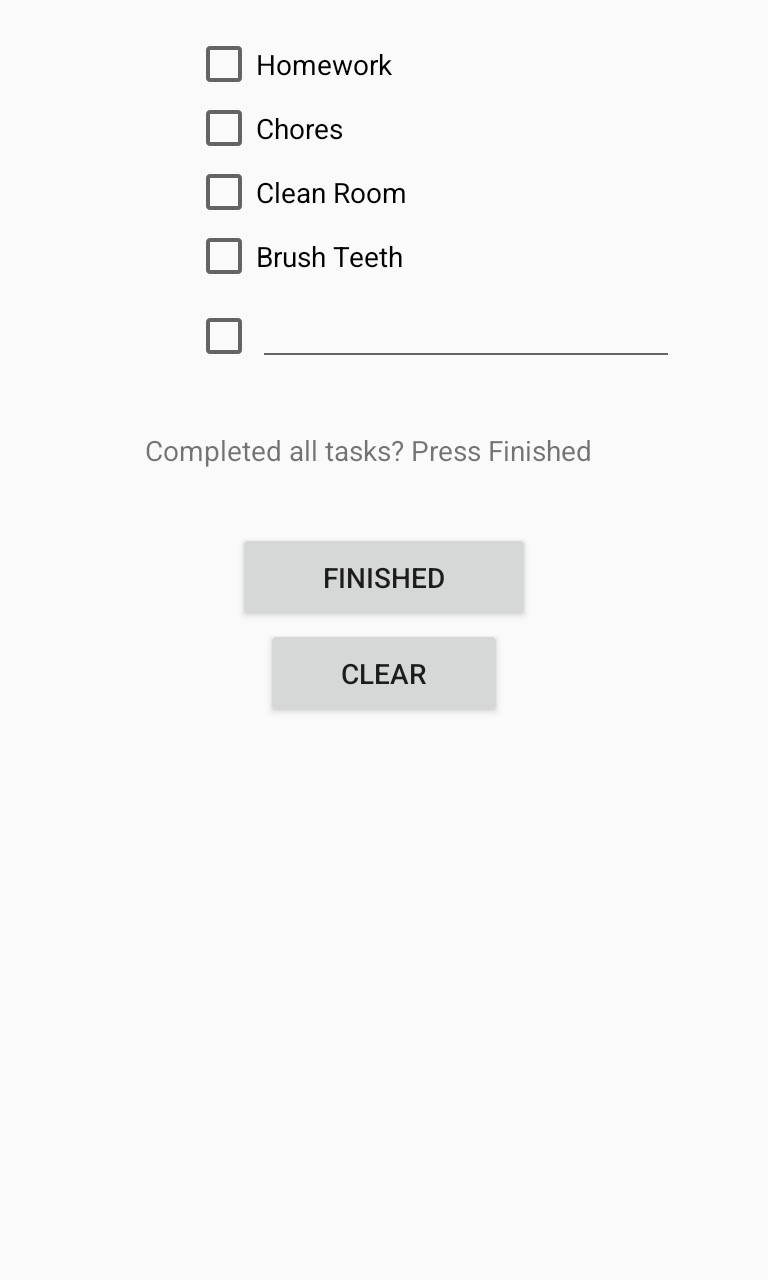
Repository: g80349/Java1
Layout: Week1-Project/ToDoList/res/layout/fragment_main.xml
An editor plug-in stored every save of this project. The layout is shown before and after the next save, followed by the edit.
It is drawn on a 768 x 1280 px phone screen (xhdpi) without system bars, with theme AppTheme; the app's code is not run.

Above is the layout before, as saved 2014-04-03 23:36:03.

After the next save:
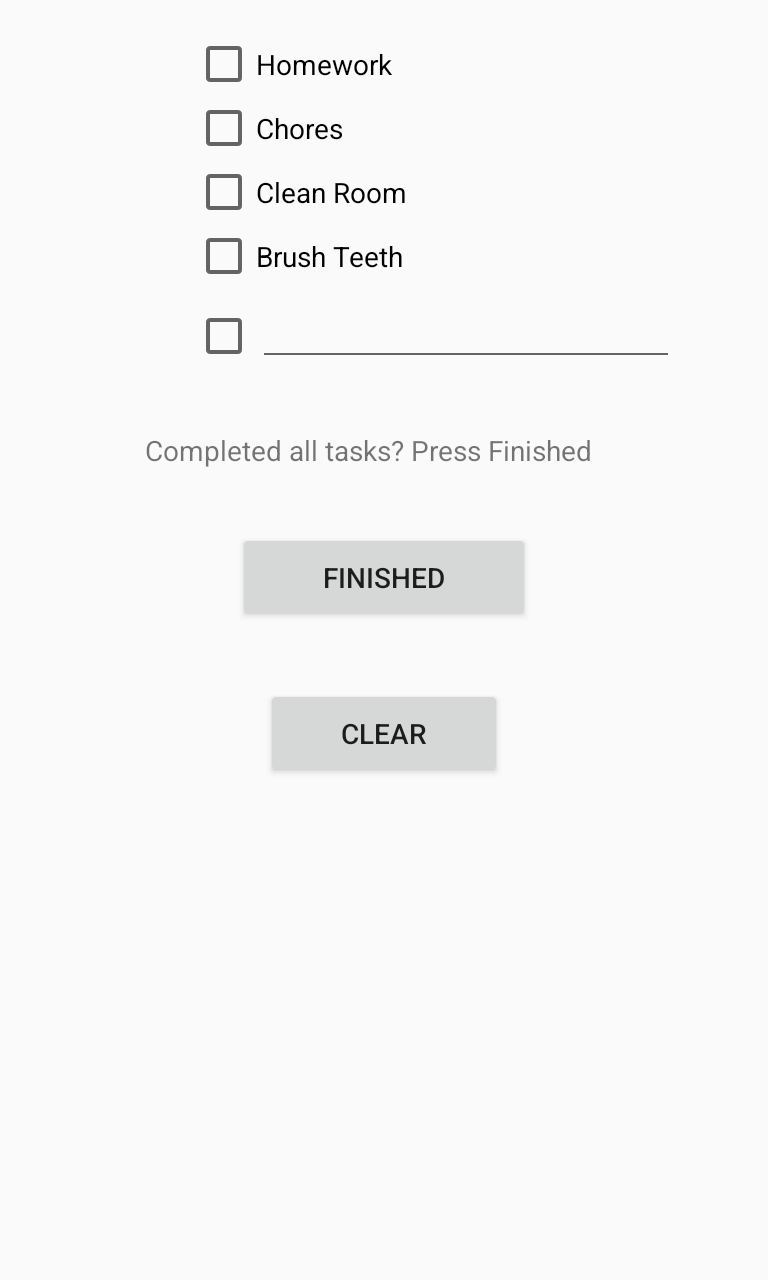
Saved 86 s later.
--- a/Week1-Project/ToDoList/res/layout/fragment_main.xml
+++ b/Week1-Project/ToDoList/res/layout/fragment_main.xml
@@ -78,6 +78,7 @@
         android:id="@+id/button_clear"
         android:layout_width="120dp"
         android:layout_height="wrap_content"
+        android:layout_marginTop="30dp"
         android:layout_gravity="center"
         android:onClick="onClear"
         android:text="@string/button_clear" />
